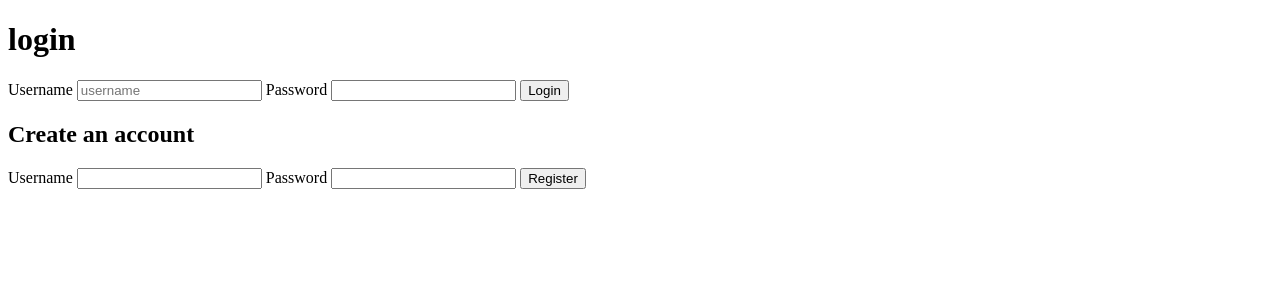
Repository: bao2222/hoc-lam-web
Page: welcome.html
An editor plug-in stored every save of this project. The page is shown before and after the next save, followed by the edit.
The browser window is 1280 px wide. The pictures show the whole page.

Above is the page before, as saved 2024-12-30 08:42:58.

### welcome.html
<!DOCTYPE html>
<html lang="en">

    <head>
        <meta charset="UTF-8">
        <title>Welcome</title>
        <meta content = "this is my website" name = "description">
        <meta author = "me">




    </head>

    <body>
        <h1>login</h1>
        <div>
            <div class="login">
                <form action="project.js" >

                    <label for="username">Username</label>
                    <input type="text" id="username" placeholder="username" name="username" required>

                    <label for="password">Password</label>
                    <input type="password" id="password" name="password" required>

                    <button type="submit">Login</button>

                </form>
            </div>

            <h2>Create an account</h2>
            <div>
                <div class="register">
                    <form action="project.js" >

                        <label for="username">Username</label>
                        <input type="text" id="username" name="username" required>

                        <label for="password">Password</label>
                        <input type="password" id="password" name="password" required>

                        <button type="submit">Register</button>

                    </form>
                    </form>


                </div>


            </div>



        </div>





    </body>





</html>

After the next save:
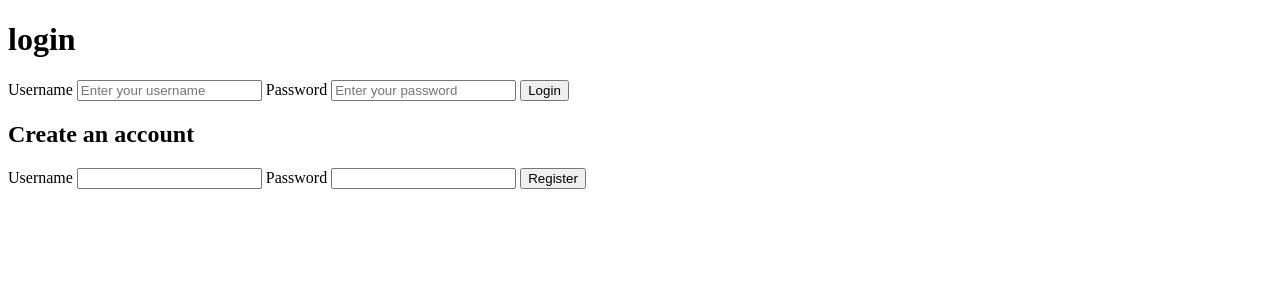
Saved 71 s later.
--- a/welcome.html
+++ b/welcome.html
@@ -19,10 +19,10 @@
                 <form action="project.js" >
 
                     <label for="username">Username</label>
-                    <input type="text" id="username" placeholder="username" name="username" required>
+                    <input type="text" id="username" placeholder="Enter your username" name="username" required>
 
                     <label for="password">Password</label>
-                    <input type="password" id="password" name="password" required>
+                    <input type="password" id="password" placeholder="Enter your password" name="password" required>
 
                     <button type="submit">Login</button>
 
@@ -43,7 +43,7 @@
                         <button type="submit">Register</button>
 
                     </form>
-                    </form>
+
 
 
                 </div>
